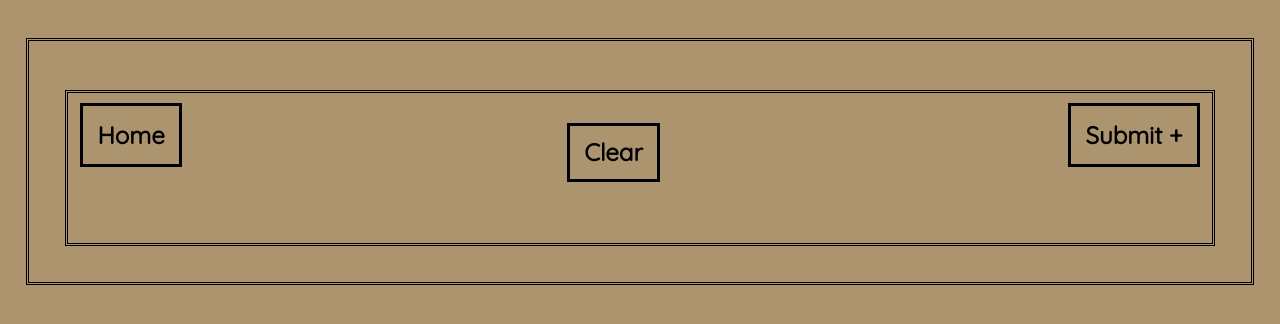
Repository: rickypcyt/ricky-react-portfolio
Page: /WebMural
These files come from the project's save history. The page is drawn as it stood at one moment and after the next save; the edit follows.
The browser window is 1280 px wide. The pictures show the whole page.
The project was rebuilt for these pictures with package versions that can differ from the ones it lists, and the page was loaded fresh each time. Also part of the build but not shown: src/Content.js, src/pages/Info.js, src/pages/Projects.js, src/pages/Contact.js, src/pages/NotesJS.js.

Above is the page before, as saved 2022-09-12 12:21:15.

After the next save:
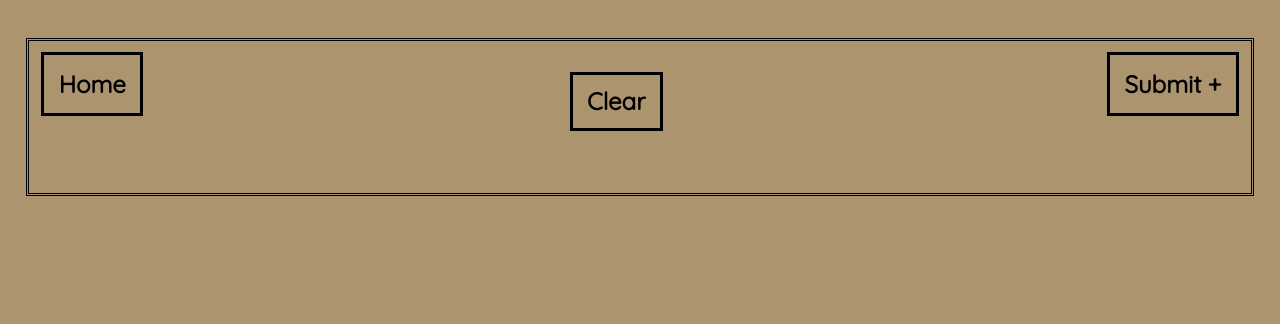
Saved 7 s later.
--- a/src/pages/WebMural.js
+++ b/src/pages/WebMural.js
@@ -32,7 +32,7 @@ const UploadAndDisplayImage = () => {
   };
 
   return (
-    <body className="WebMuralBody">
+    <main className="WebMuralBody">
       <main className="todo">
         <nav className="cabeceranavi">
           <ol>
@@ -64,7 +64,7 @@ const UploadAndDisplayImage = () => {
           </div>
         )}
       </main>
-    </body>
+    </main>
   );
 };
 
